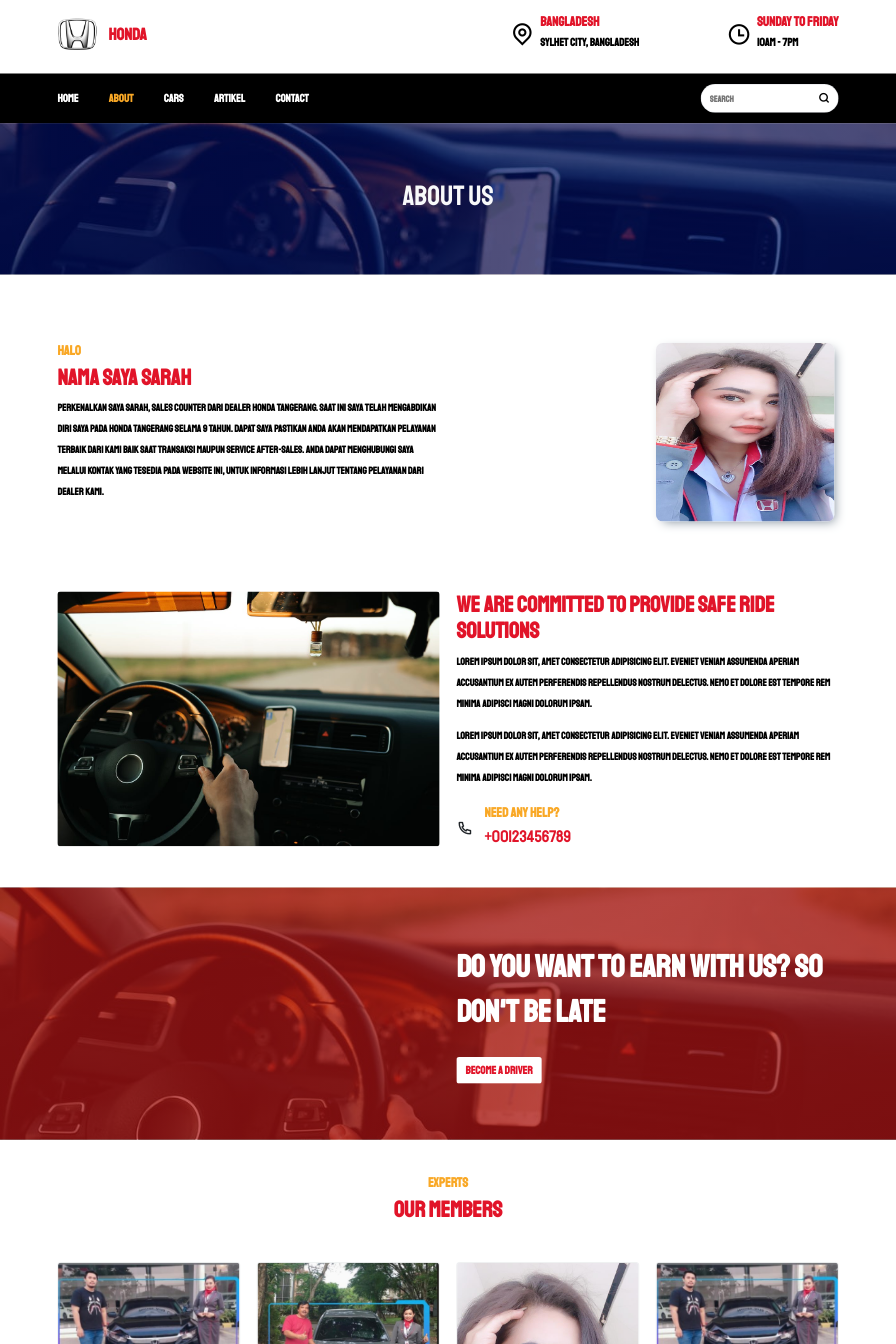
Repository: stevenxylver/Honda
Page: /about
An editor plug-in stored every save of this project. The page is shown before and after the next save, followed by the edit.
The browser window is 1280 px wide. The pictures show the part of the page from y = 0 to 1920 px (the page is 2813 px tall before and 2805 px after), at 70% of full size.
Pictures or frames that could not be fetched are drawn as grey boxes. The project was rebuilt for these pictures with package versions that can differ from the ones it lists, and the page was loaded fresh each time. Also part of the build but not shown: src/styles/hero-slider.css, src/components/UI/HeroSlider.jsx, src/components/UI/FindCarForm.jsx, src/styles/services-list.css, src/assets/data/serviceData.js, src/components/UI/ServicesList.jsx, src/components/UI/Example.jsx, src/assets/data/carData.js and 20 more.

Above is the page before, as saved 2022-11-18 16:25:08.

After the next save:
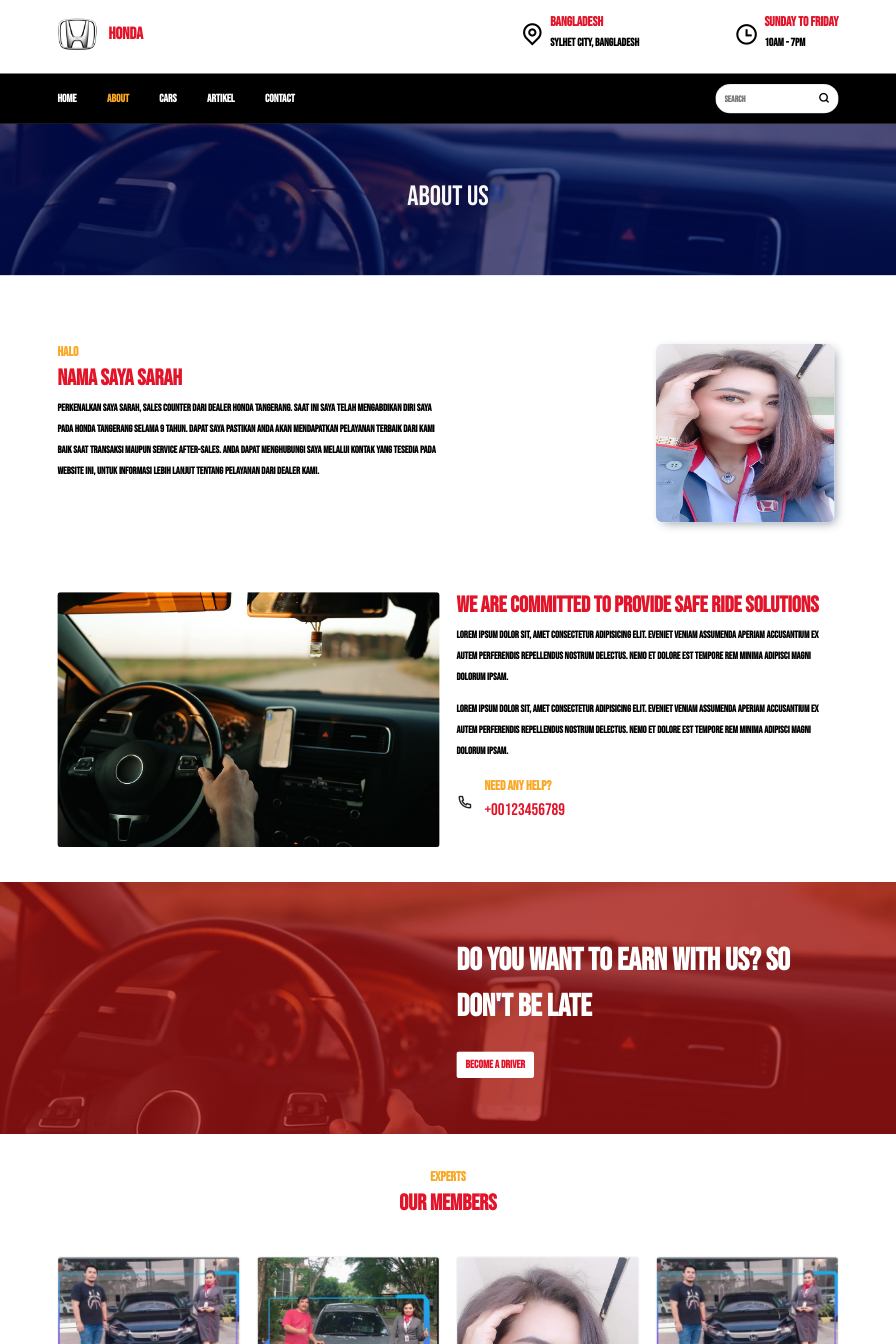
Saved 5 min 29 s later.
--- a/src/index.css
+++ b/src/index.css
@@ -1,13 +1,14 @@
 /* ======== google fonts ======== */
 @import url("https://fonts.googleapis.com/css2?family=Source+Sans+Pro:wght@200;300;400;600;700;900&display=swap");
-@import url('https://fonts.googleapis.com/css2?family=Staatliches&display=swap');
+@import url('https://fonts.googleapis.com/css2?family=Bebas+Neue&display=swap');
 /* ======= base style ====== */
 * {
   margin: 0;
   padding: 0;
   box-sizing: border-box;
   /* font-family: "Source Sans Pro", sans-serif; */
-  font-family: "Staatliches", cursive;
+  font-family: 'Bebas Neue', cursive;
+
 }
 
 /* ========= pre-define css ========= */
